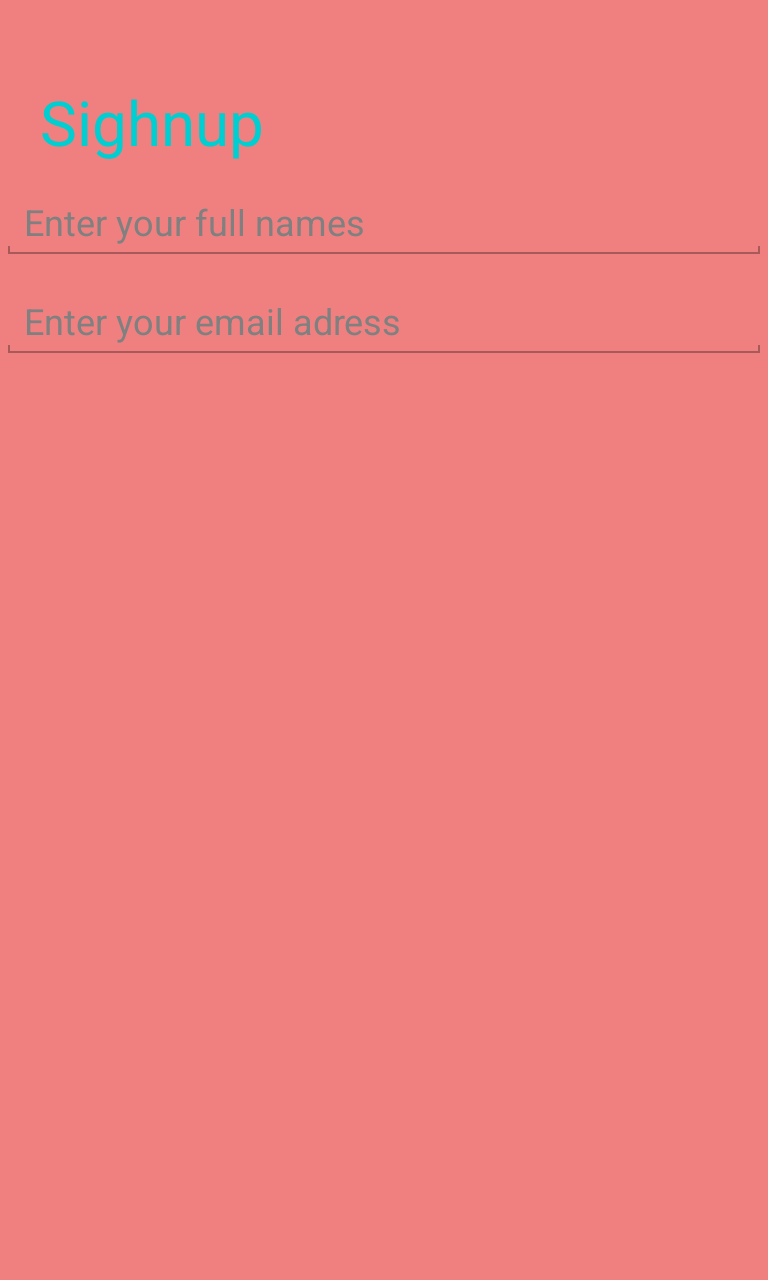
Repository: njiiriJohnii/Android-projects
Layout: MySimpleCalc/res/layout/joinus.xml
The author's editor kept a copy of each file at every save. The layout is drawn from the files as they stood at one save, then again after the next save.
It is drawn on a 768 x 1280 px phone screen (xhdpi) without system bars, with theme AppTheme; the app's code is not run.

Above is the layout before, as saved 2014-05-30 11:36:09.

After the next save:
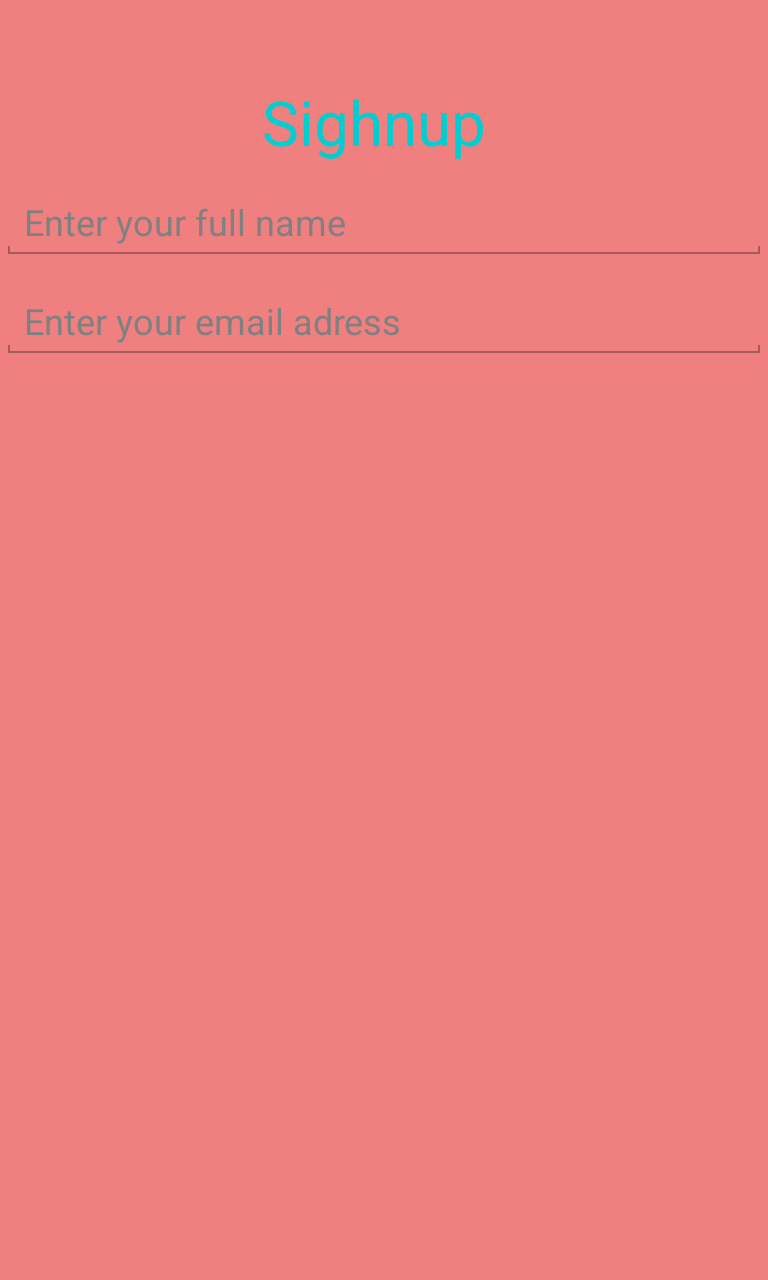
Saved 89 s later.
--- a/MySimpleCalc/res/layout/joinus.xml
+++ b/MySimpleCalc/res/layout/joinus.xml
@@ -14,13 +14,15 @@
     android:layout_marginRight="30dp"
     android:textColor="#00CED1"
     android:textSize="14pt"
+    android:gravity="center"
 
         />
     <EditText
     android:layout_width="fill_parent"
     android:layout_height="wrap_content"
     android:layout_marginTop="10dp"
-    android:hint="Enter your full names"
+    android:hint="Enter your full name"
+
 
 
         />
